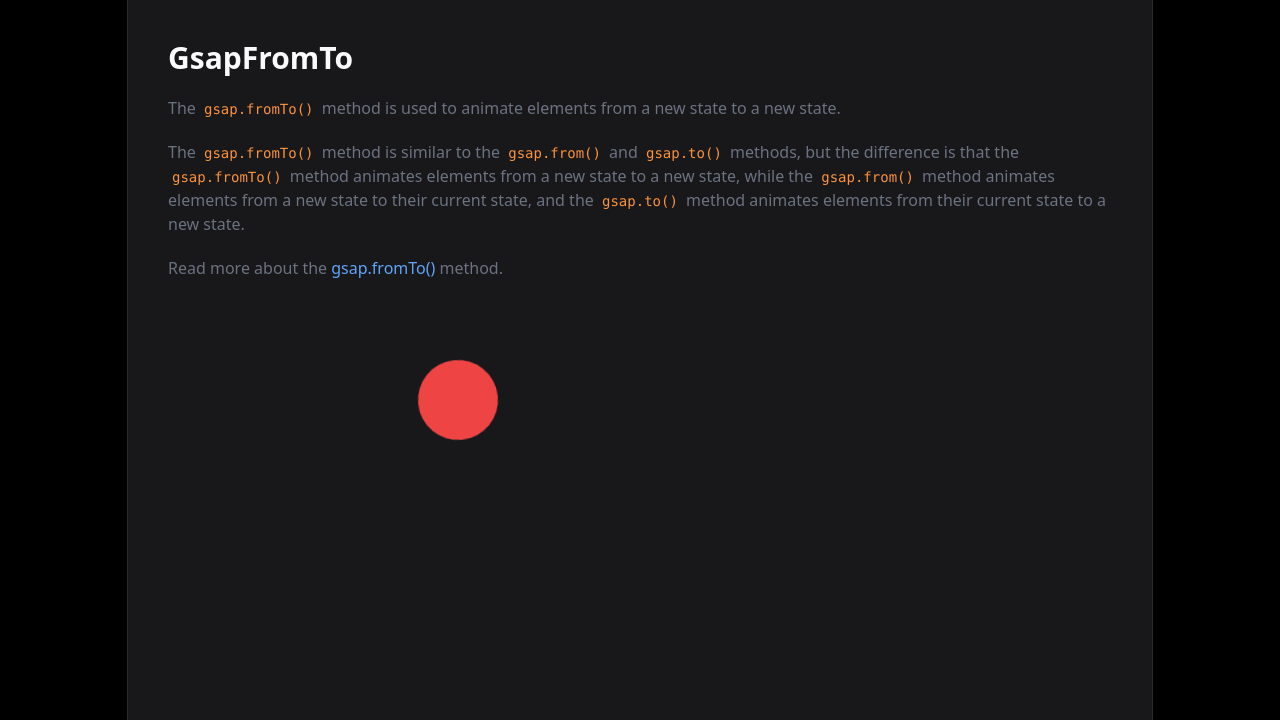
Repository: mgoyeghiaian/gsap-Starter
Page: /gsapfromto
An editor plug-in stored every save of this project. The page is shown before and after the next save, followed by the edit.
The browser window is 1280 px wide. The pictures show the whole page.
The project was rebuilt for these pictures with package versions that can differ from the ones it lists, and the page was loaded fresh each time. Also part of the build but not shown: vite.config.js, src/pages/Home.jsx, src/pages/GsapTo.jsx, src/pages/GsapFrom.jsx, src/pages/GsapStagger.jsx, src/pages/GsapTimeline.jsx, src/pages/GsapScrollTrigger.jsx, src/pages/GsapText.jsx.

Above is the page before, as saved 2024-03-17 23:30:06.

After the next save:
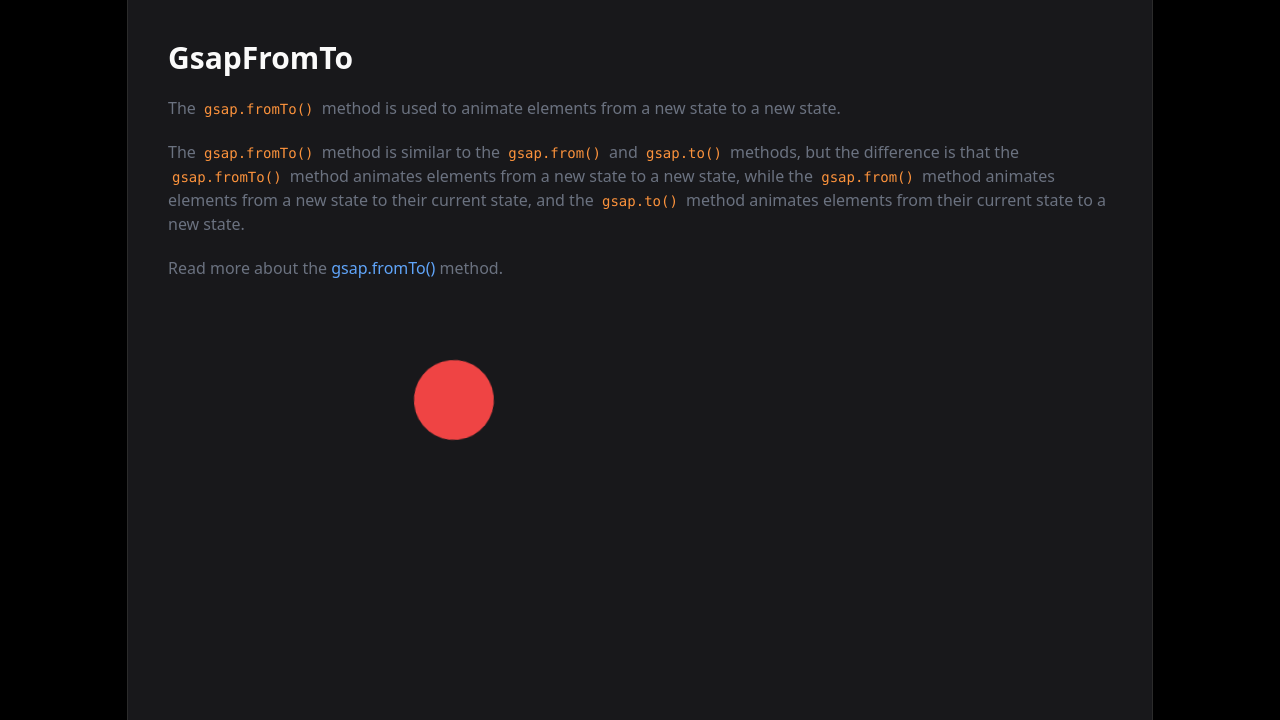
Saved 33 s later.
--- a/src/pages/GsapFromTo.jsx
+++ b/src/pages/GsapFromTo.jsx
@@ -5,7 +5,7 @@
   // TODO: Implement the gsap.fromTo() method
   useGSAP(() => {
     gsap.fromTo('#red-box', {
-      x: 250,
+      x: 0,
       rotation: 0,
       borderRadius: '0%',
     }, {
